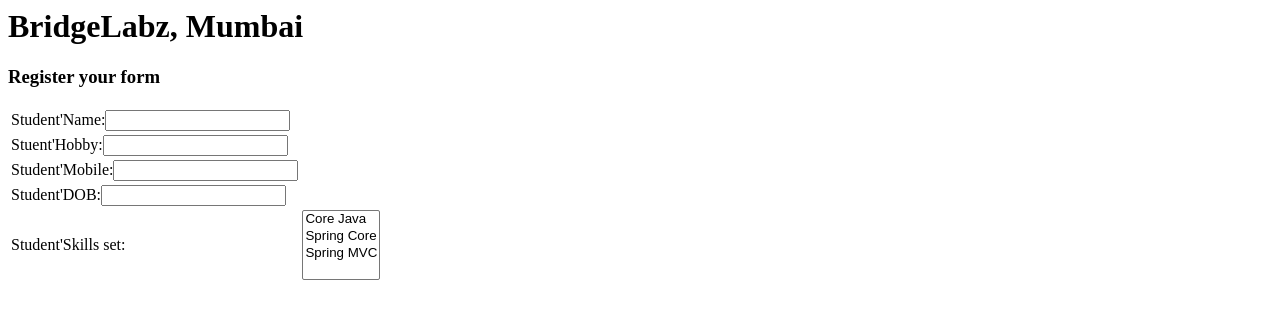
Repository: MFiroz303/Springs
Page: http://localhost/SampleApp/admissionform.html
The author's editor kept a copy of each file at every save. The page is drawn from the files as they stood at one save, then again after the next save.
The browser window is 1280 px wide. The pictures show the whole page.
The page is served by Tomcat 9. Other server files are loaded and not shown.

Above is the page before, as saved 2017-10-16 06:15:29.

### SampleApp/src/main/webapp/WEB-INF/admission.jsp
<html>
<body>
	<h1>${message}</h1>
	<h3>Register your form</h3>

	<form action="/SampleApp/studentAdmissionform.html" method="post">
	<table>
		<tr>
			<td>Student'Name:<input type="text" name="studentName" /></td>
		</tr>
		<tr>
			<td>Stuent'Hobby:<input type="text" name="studentHobby" /></td>
		</tr>
		<tr>
			<td>Student'Mobile:<input type="text" name="studentMobile" /></td>
		</tr>
		<tr>
			<td>Student'DOB:<input type="text" name="studentDOB" /></td>
		</tr>
			<td>Student'Skills set:
			</td><td> <select name="studentSkills" multiple >
				<option value="Core java">Core Java</option>
				<option value="Spring core">Spring Core</option>
				<option value="Spring MVc">Spring MVC</option>
			</select>
			<td>
			</table>	<!-- <input type="submit" value="By Clicking Here"> -->
	</form>

</body>
</html>

After the next save:
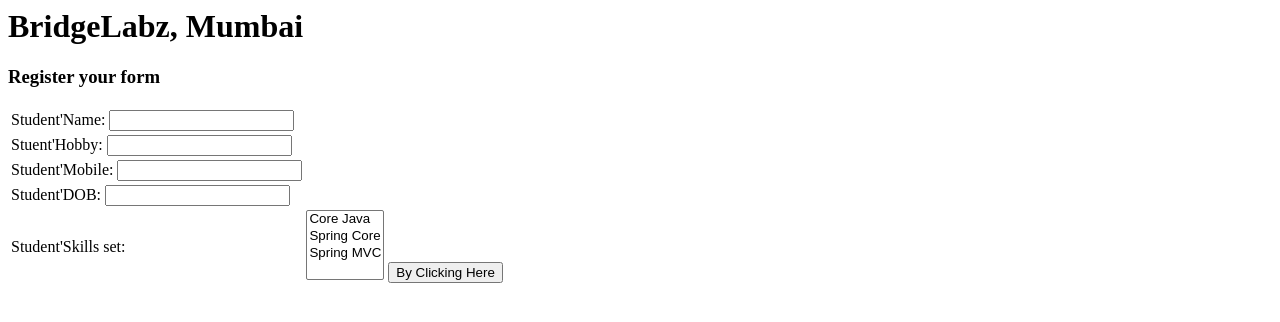
Saved 110 s later.
--- a/SampleApp/src/main/webapp/WEB-INF/admission.jsp
+++ b/SampleApp/src/main/webapp/WEB-INF/admission.jsp
@@ -4,27 +4,28 @@
 	<h3>Register your form</h3>
 
 	<form action="/SampleApp/studentAdmissionform.html" method="post">
-	<table>
-		<tr>
-			<td>Student'Name:<input type="text" name="studentName" /></td>
-		</tr>
-		<tr>
-			<td>Stuent'Hobby:<input type="text" name="studentHobby" /></td>
-		</tr>
-		<tr>
-			<td>Student'Mobile:<input type="text" name="studentMobile" /></td>
-		</tr>
-		<tr>
-			<td>Student'DOB:<input type="text" name="studentDOB" /></td>
-		</tr>
-			<td>Student'Skills set:
-			</td><td> <select name="studentSkills" multiple >
-				<option value="Core java">Core Java</option>
-				<option value="Spring core">Spring Core</option>
-				<option value="Spring MVc">Spring MVC</option>
-			</select>
-			<td>
-			</table>	<!-- <input type="submit" value="By Clicking Here"> -->
+		<table>
+			<tr>
+				<td>Student'Name: <input type="text" name="studentName" /></td>
+			</tr>
+			<tr>
+				<td>Stuent'Hobby: <input type="text" name="studentHobby" /></td>
+			</tr>
+			<tr>
+				<td>Student'Mobile: <input type="text" name="studentMobile" /></td>
+			</tr>
+			<tr>
+				<td>Student'DOB: <input type="text" name="studentDOB" /></td>
+			</tr>
+			<td>Student'Skills set:</td>
+			<td><select name="studentSkills" multiple>
+					<option value="Core java">Core Java</option>
+					<option value="Spring core">Spring Core</option>
+					<option value="Spring MVc">Spring MVC</option>
+			</select> <input
+		type="submit" value="By Clicking Here">
+
+			</table>
 	</form>
 
 </body>
